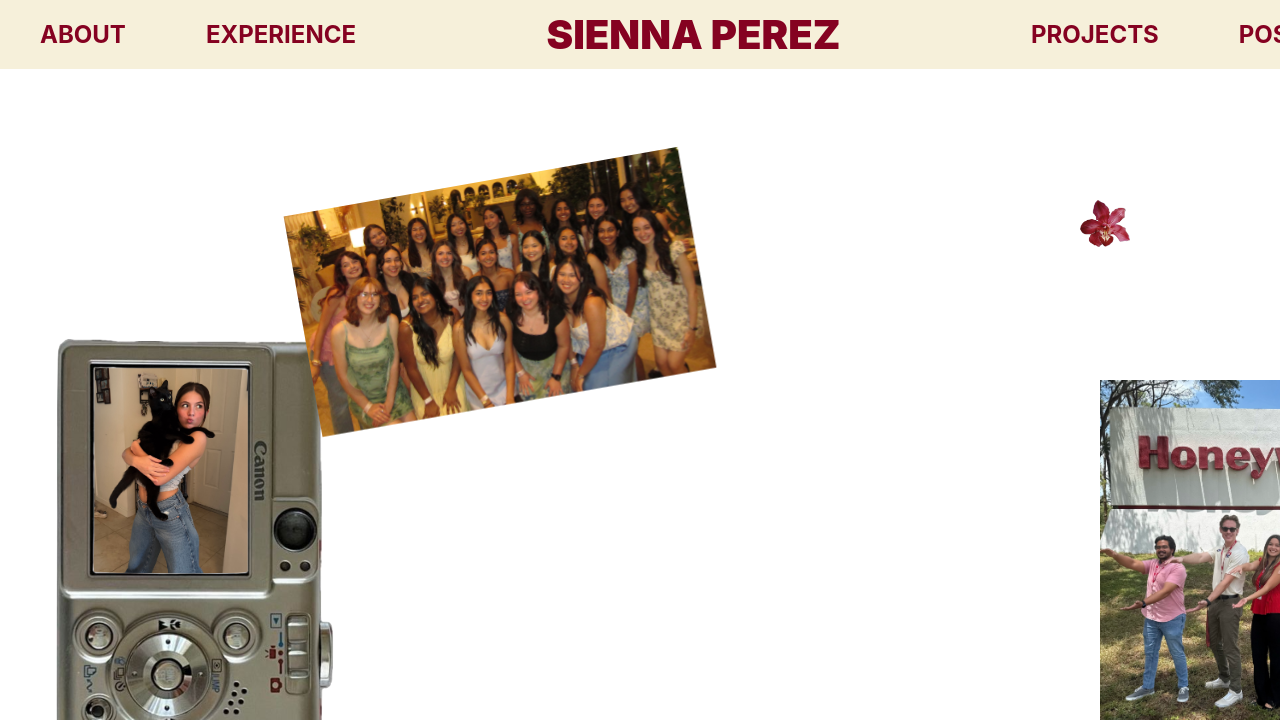
Repository: siennaperez/siennaperezweb
Page: /experience
These files come from the project's save history. The page is drawn as it stood at one moment and after the next save; the edit follows.
The browser window is 1280 px wide. The pictures show the whole page.
The project was rebuilt for these pictures with package versions that can differ from the ones it lists, and the page was loaded fresh each time. Also part of the build but not shown: src/pages/About.css, src/pages/About.js, src/pages/Experience.css, src/pages/Experience.js.

Above is the page before, as saved 2025-09-24 13:00:35.

After the next save:
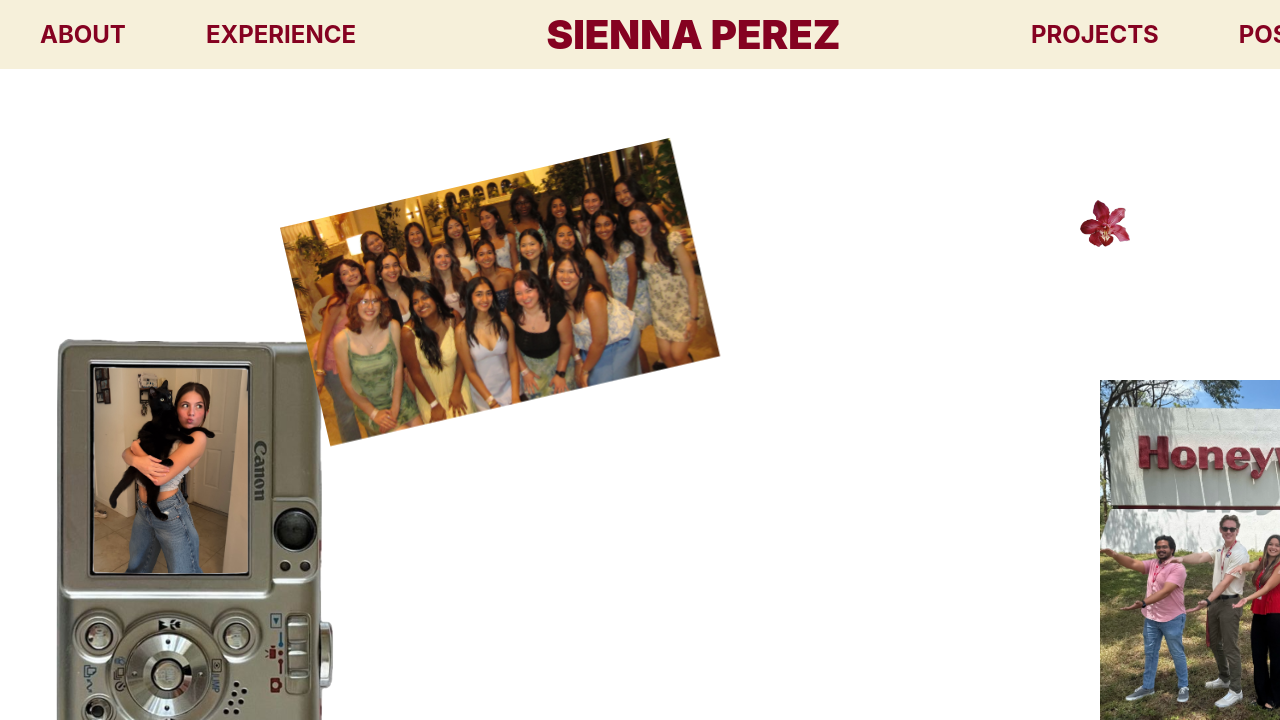
Saved 5 s later.
--- a/src/pages/Home.css
+++ b/src/pages/Home.css
@@ -62,5 +62,5 @@
   top: 180px;
   left: 300px;
   width: 400px;
-  transform: rotate(-10deg);
+  transform: rotate(-13deg);
 }
